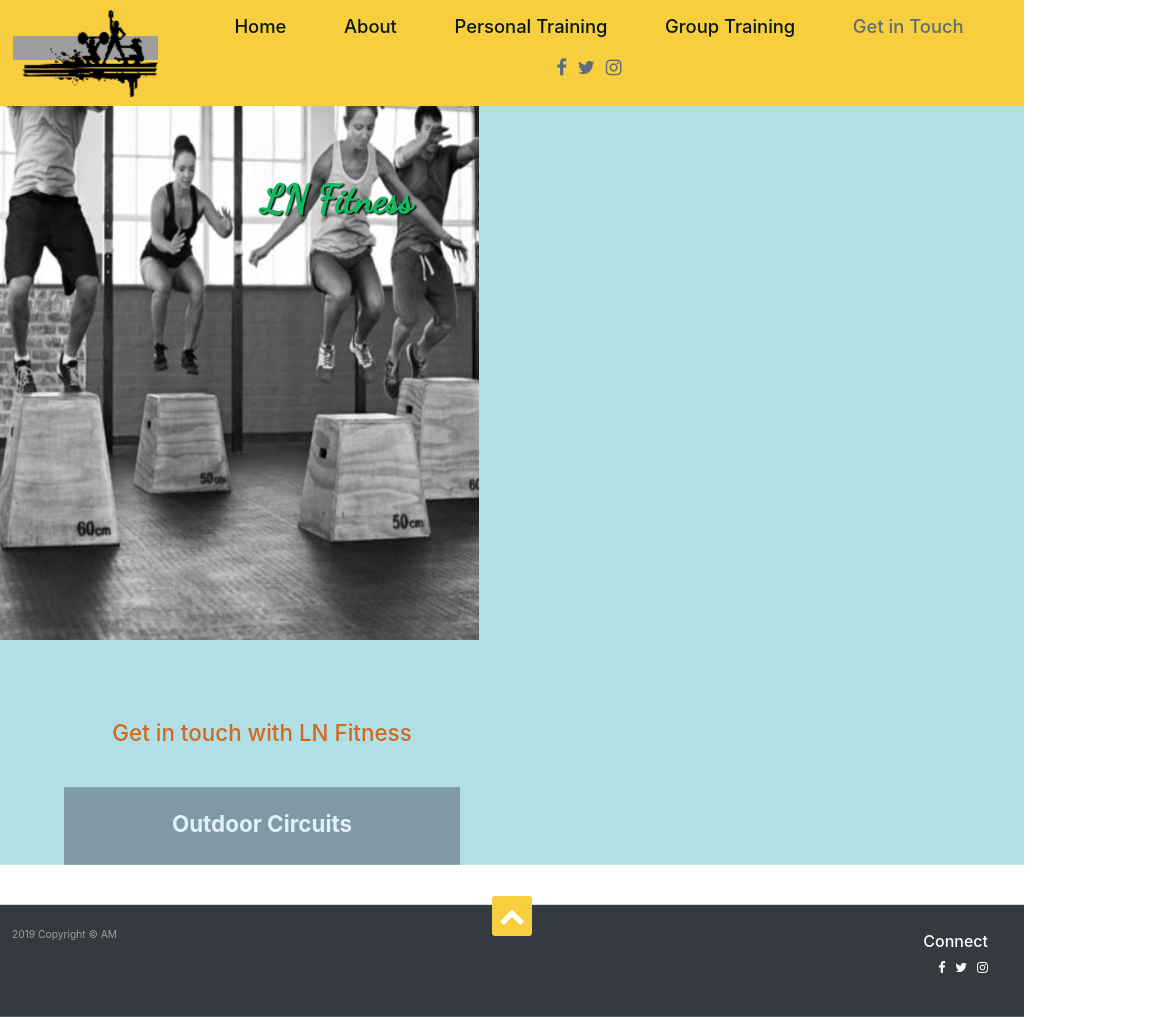
Repository: murphya14/Fitness-webpage
Page: get-in-touch.html
The author's editor kept a record of every edit. The page is drawn from the files as they stood at one moment, then again after the next edit.
The browser window is 1280 px wide. The page is 1280 px wide, then 1453 px, so the pictures cover 1453 px, including what lies to the right of the window. The pictures show the whole page, at 80% of full size.
Pictures or frames that could not be fetched are drawn as grey boxes.

Above is the page before.

After the next edit:
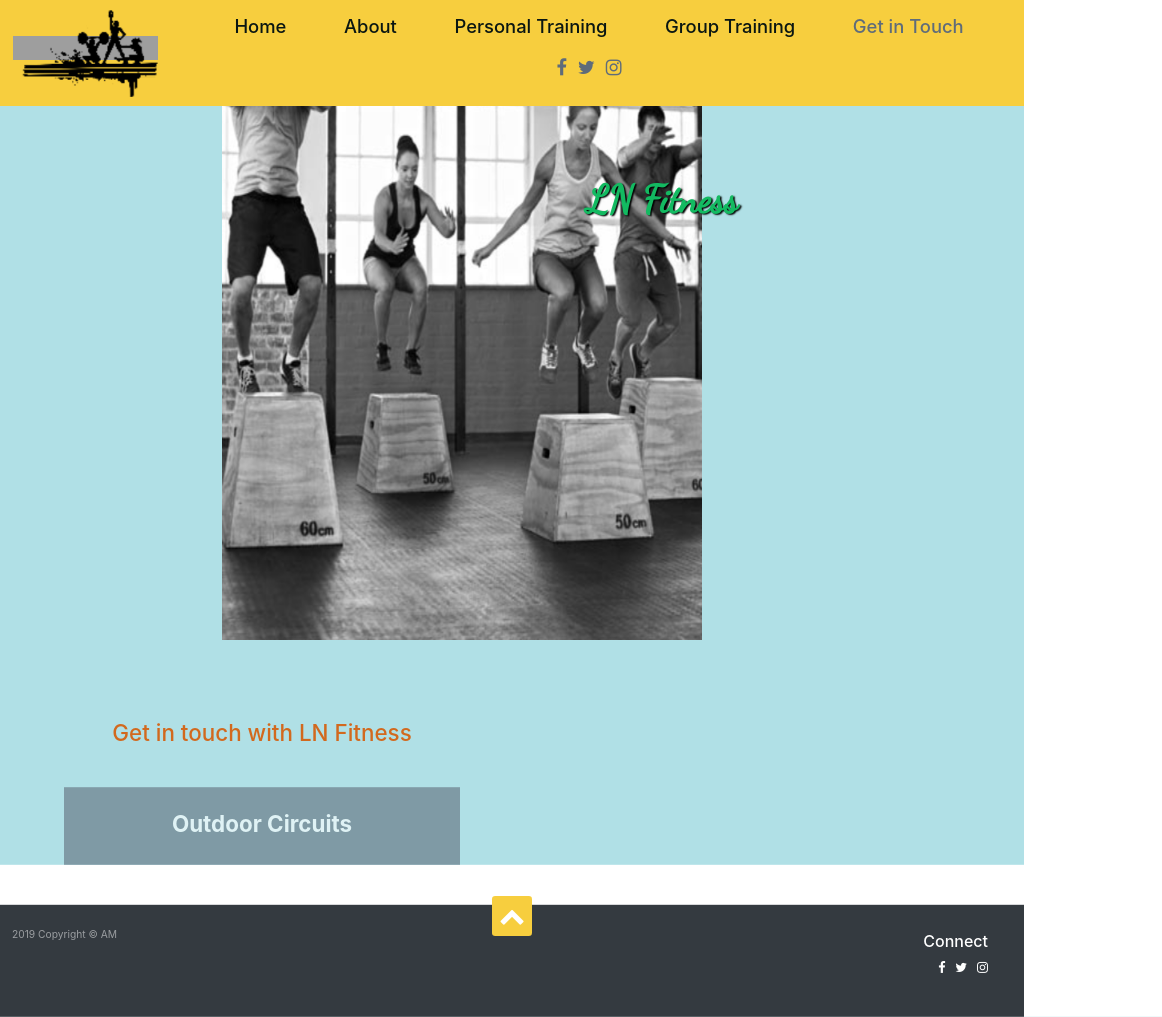
The edit:
--- a/get-in-touch.html
+++ b/get-in-touch.html
@@ -106,7 +106,7 @@
 
  <div class="row-no-gutters">
 
-  <div class="col-md-6 main-image-contact image">
+  <div class="column main-image-contact image">
           <img src="assets/images/get-in-touch.jpg" alt="Jumping group">
 
           <h2 class="image-text">LN Fitness</h2>
